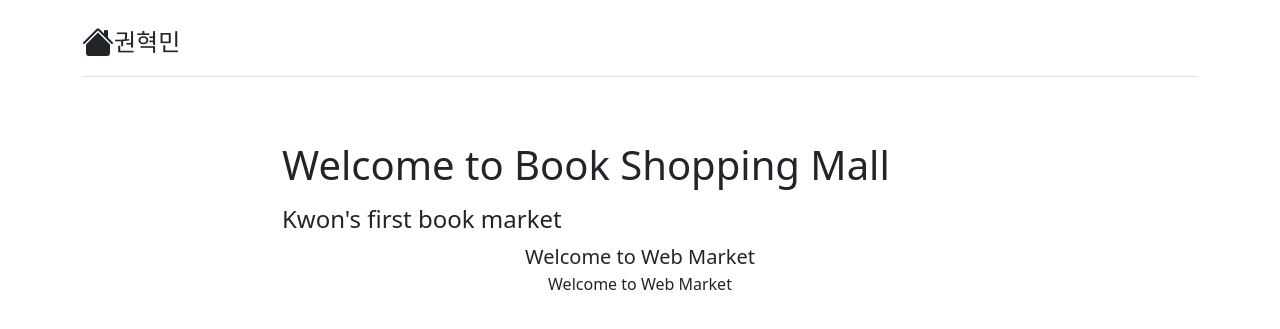
Repository: minn0701/JSP-Webbprogramming
Page: http://localhost/BookMarket/Welcome.jsp
These files come from the project's save history. The page is drawn as it stood at one moment and after the next save; the edit follows.
The browser window is 1280 px wide. The pictures show the whole page.
The page is served by Tomcat 9.

Above is the page before, as saved 2024-03-20 13:21:48.

After the next save:
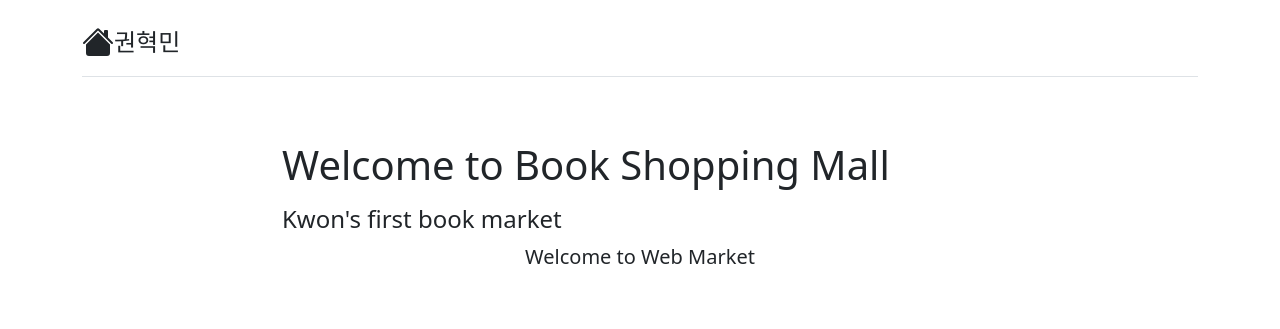
Saved 11 s later.
--- a/BookMarket/src/main/webapp/Welcome.jsp
+++ b/BookMarket/src/main/webapp/Welcome.jsp
@@ -50,11 +50,6 @@
 
 </div>
 
-<center>Welcome to Web Market</center>
-
-
-</div>
-
 
 
 </div>
